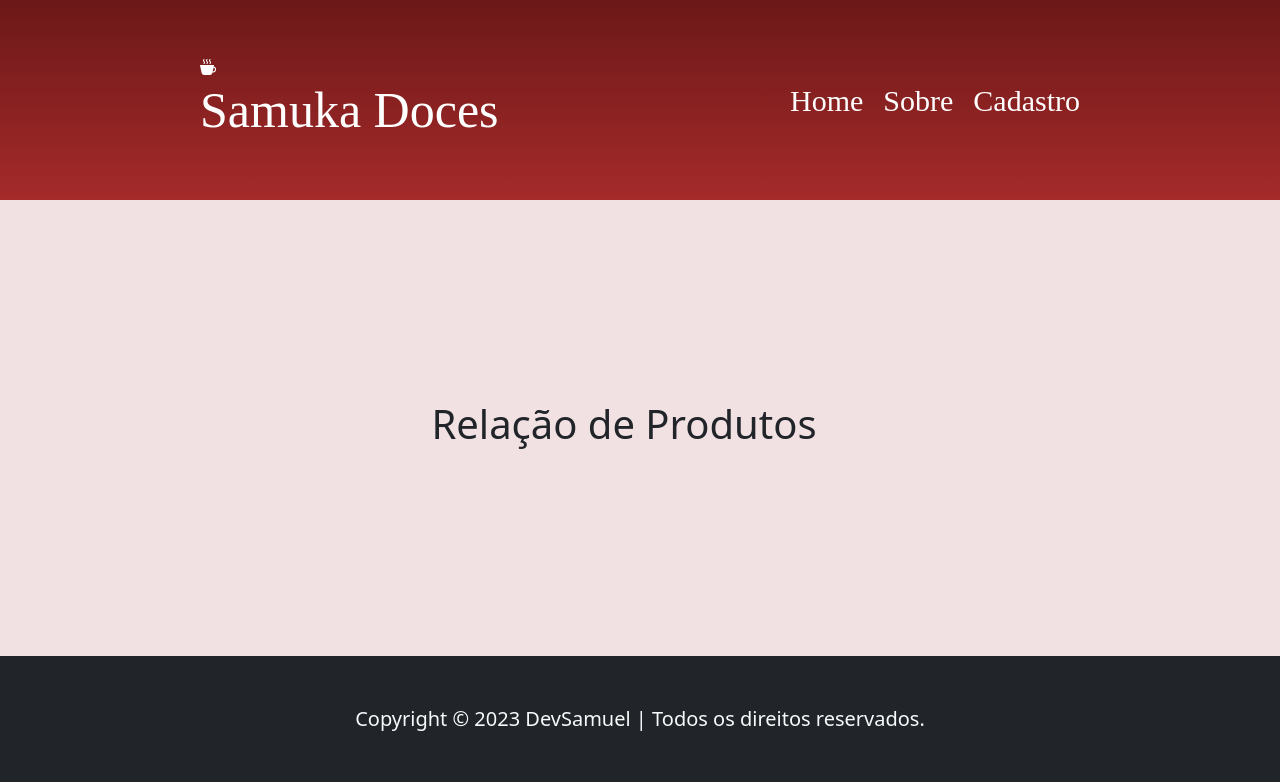
Repository: devsamuel23/github.io-doces_GIT
Page: /
The author's editor kept a copy of each file at every save. The page is drawn from the files as they stood at one save, then again after the next save.
The browser window is 1280 px wide. The pictures show the whole page.
The page's requests for data from a server got no answer. The project was rebuilt for these pictures with package versions that can differ from the ones it lists, and the page was loaded fresh each time. No one was signed in, and anything a server would have sent is missing. Also part of the build but not shown: src/index.css, src/pages/Home/styles.css, src/pages/Sobre/index.js, src/pages/Cadastro/style.css, src/pages/Cadastro/index.js, src/pages/Erro/style.css, src/pages/Erro/index.js, src/pages/Produto/index.js and 1 more.

Above is the page before, as saved 2023-04-14 21:34:00.

After the next save:
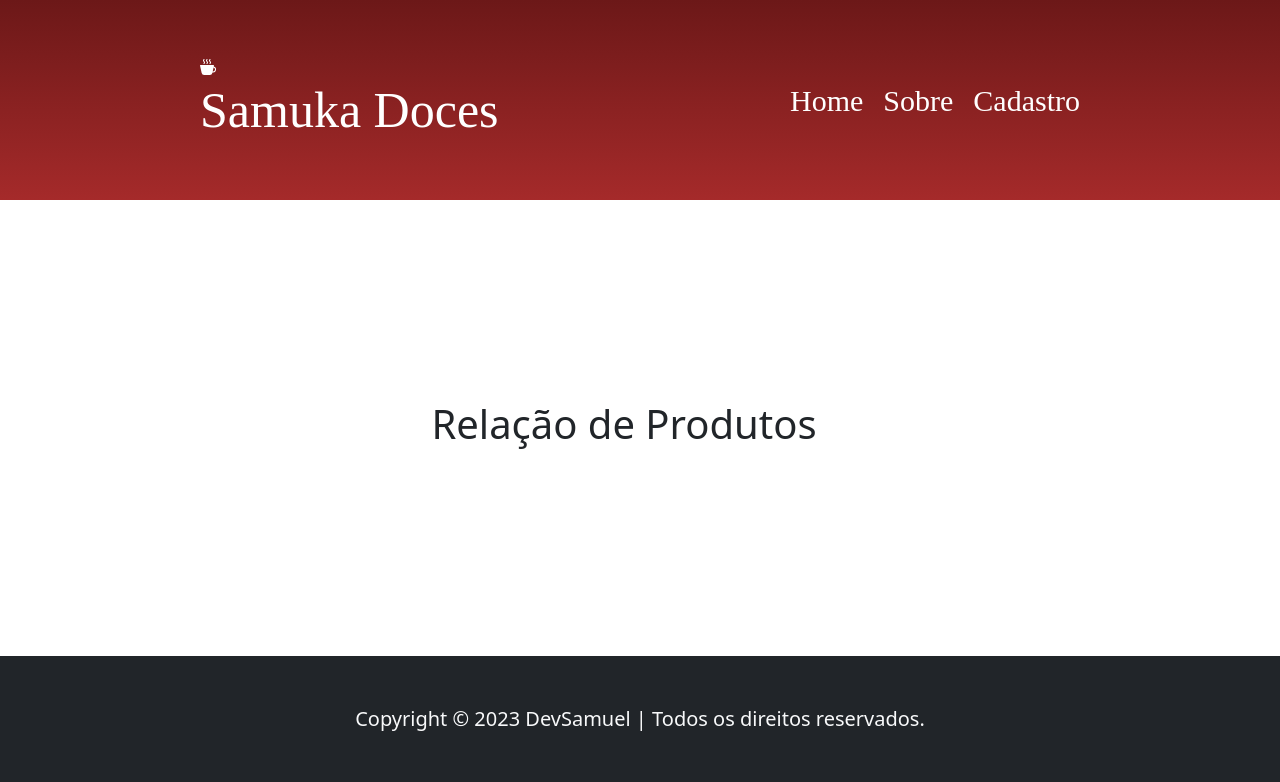
Saved 8 s later.
--- a/src/routes.js
+++ b/src/routes.js
@@ -5,7 +5,6 @@
 import Cadastro from "./pages/Cadastro";
 import Erro from "./pages/Erro";
 import Produto from "./pages/Produto";
-import Vitrine from "./pages/Vitrine";
 import Header from "./components/Header";
 import Footer from "./components/Footer";
 

After the save that followed:
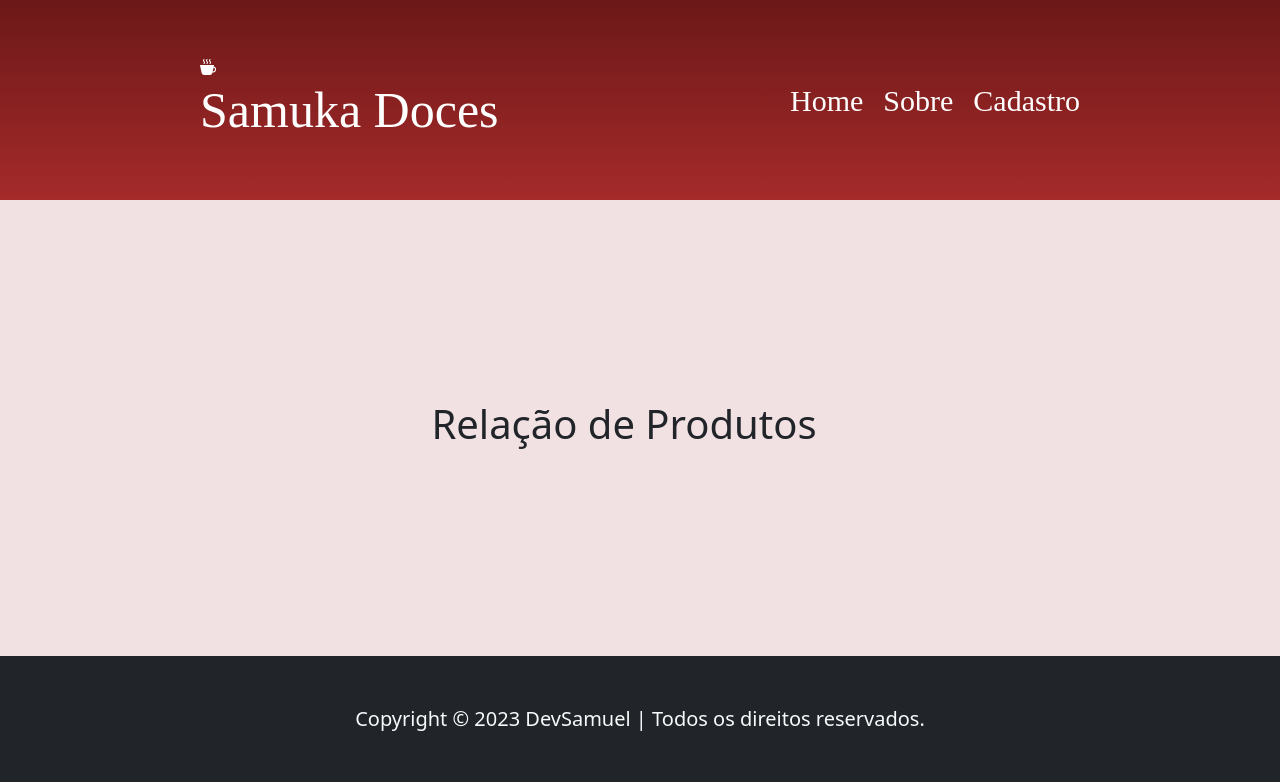
Saved 18 s later.
--- a/src/routes.js
+++ b/src/routes.js
@@ -5,6 +5,7 @@
 import Cadastro from "./pages/Cadastro";
 import Erro from "./pages/Erro";
 import Produto from "./pages/Produto";
+import Vitrine from "./pages/Vitrine";
 import Header from "./components/Header";
 import Footer from "./components/Footer";
 
